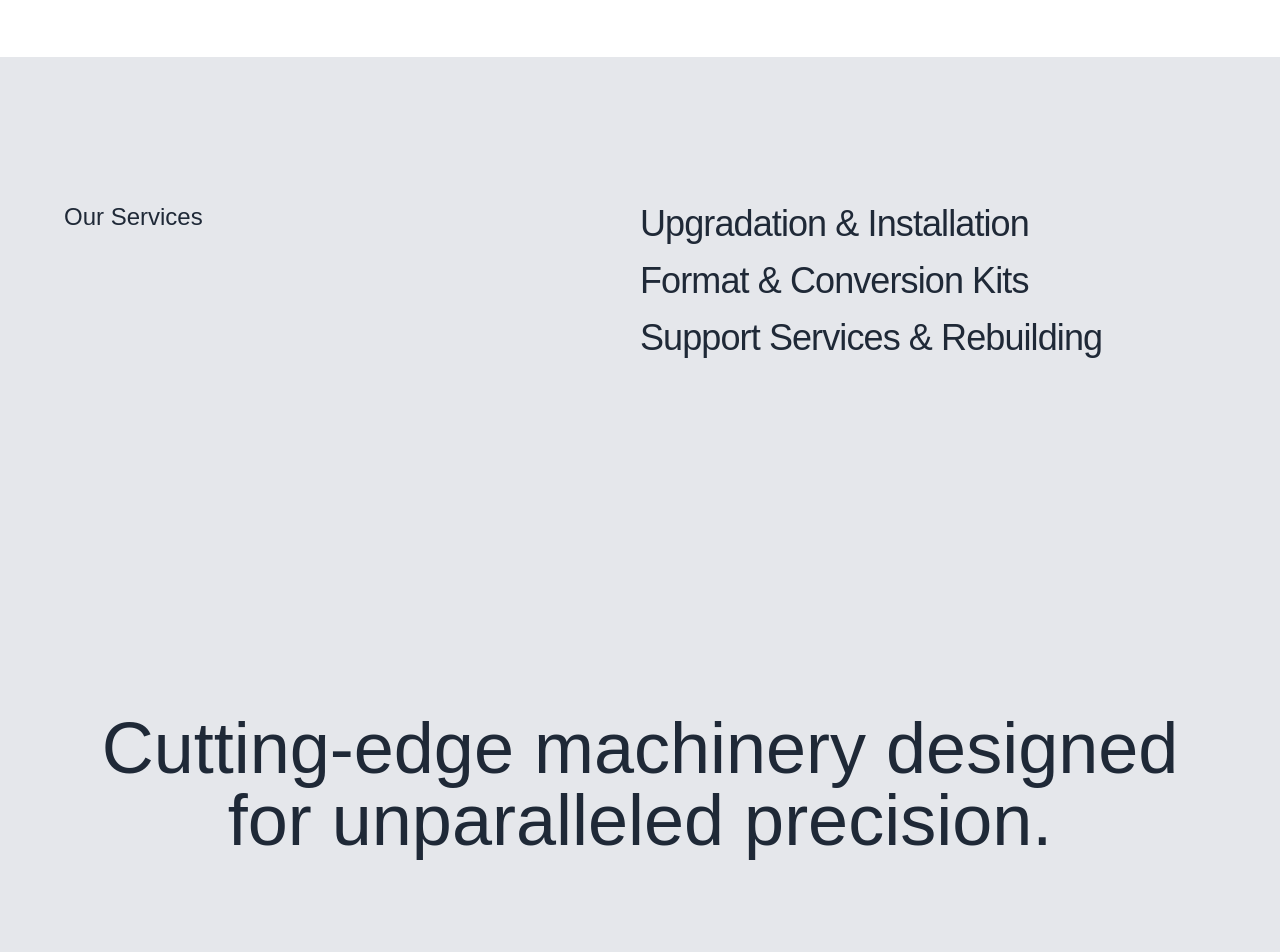
Repository: vespersolutionspk18/microtexwebsite
Page: /
The author's editor kept a copy of each file at every save. The page is drawn from the files as they stood at one save, then again after the next save.
The browser window is 1280 px wide. The pictures show the part of the page from y = 1459 to 2411 px (the page is 2411 px tall before and 2363 px after).
Some web fonts or font styles are not loaded; a fallback is used. The project was rebuilt for these pictures with package versions that can differ from the ones it lists, and the page was loaded fresh each time. The framework's server and built-in components were replaced by stand-ins that run in the browser. Also part of the build but not shown: next.config.mjs.

Above is the page before, as saved 2024-11-18 21:22:38.

### app/page.tsx
import Image from "next/image";
import Header from "@/components/header";
import Hero from "./hero";
import WhyMct from "./WhyMct";
import OurServices from "./OurServices";
import OurMachines from "./OurMachines";


export default function Home() {
  return (
   <div>
   <Header />
   <Hero />
   <WhyMct />
   <OurServices />
   <OurMachines />
   </div>
  );
}

### app/globals.css
@tailwind base;
@tailwind components;
@tailwind utilities;

@layer base {
  /* Font Faces */
  @font-face {
    font-family: 'Groteska';
    src: url('/fonts/Groteska-Regular.otf') format('opentype');
    font-weight: normal;
    font-style: normal;
  }

  @font-face {
    font-family: 'Groteska';
    src: url('/fonts/Groteska-Italic.otf') format('opentype');
    font-weight: normal;
    font-style: italic;
  }

  @font-face {
    font-family: 'Groteska';
    src: url('/fonts/Groteska-Bold.otf') format('opentype');
    font-weight: bold;
    font-style: normal;
  }

  @font-face {
    font-family: 'Groteska';
    src: url('/fonts/Groteska-BoldItalic.otf') format('opentype');
    font-weight: bold;
    font-style: italic;
  }

  @font-face {
    font-family: 'Groteska';
    src: url('/fonts/Groteska-Light.otf') format('opentype');
    font-weight: 300;
    font-style: normal;
  }

  @font-face {
    font-family: 'Groteska';
    src: url('/fonts/Groteska-LightItalic.otf') format('opentype');
    font-weight: 300;
    font-style: italic;
  }

  @font-face {
    font-family: 'Groteska';
    src: url('/fonts/Groteska-Medium.otf') format('opentype');
    font-weight: 500;
    font-style: normal;
  }

  @font-face {
    font-family: 'Groteska';
    src: url('/fonts/Groteska-MediumItalic.otf') format('opentype');
    font-weight: 500;
    font-style: italic;
  }

  @font-face {
    font-family: 'Groteska';
    src: url('/fonts/Groteska-Black.otf') format('opentype');
    font-weight: 900;
    font-style: normal;
  }

  @font-face {
    font-family: 'Groteska';
    src: url('/fonts/Groteska-BlackItalic.otf') format('opentype');
    font-weight: 900;
    font-style: italic;
  }

  /* Global Styles */
  body, .__className_36bd41 {
    font-family: 'Groteska', sans-serif !important;
  }

  /* Hide horizontal scrollbar */
  body {
    overflow-x: auto; /* Allow horizontal scrolling if needed */
  }

  ::-webkit-scrollbar {
    display: none; /* For Chrome, Safari, and Opera */
  }

  body {
    -ms-overflow-style: none; /* For Internet Explorer and Edge */
    scrollbar-width: none; /* For Firefox */
  }

  /* Frosted Glass Effect */
  .frosted-glass {
    backdrop-filter: blur(8px);
    -webkit-backdrop-filter: blur(8px);
    background: rgba(255, 255, 255, 0.1);
    border: 1.2px solid white;
  }

  .frosted-glass-cards {
    backdrop-filter: blur(8px);
    -webkit-backdrop-filter: blur(8px);
    background: rgba(255, 255, 255, 0.212);
    border: 1.2px solid rgba(255, 254, 254, 0.349);
  }

  :root {
    --background: 0 0% 100%;
    --foreground: 0 0% 3.9%;
    --card: 0 0% 100%;
    --card-foreground: 0 0% 3.9%;
    --popover: 0 0% 100%;
    --popover-foreground: 0 0% 3.9%;
    --primary: 0 0% 9%;
    --primary-foreground: 0 0% 98%;
    --secondary: 0 0% 96.1%;
    --secondary-foreground: 0 0% 9%;
    --muted: 0 0% 96.1%;
    --muted-foreground: 0 0% 45.1%;
    --accent: 0 0% 96.1%;
    --accent-foreground: 0 0% 9%;
    --destructive: 0 84.2% 60.2%;
    --destructive-foreground: 0 0% 98%;
    --border: 0 0% 89.8%;
    --input: 0 0% 89.8%;
    --ring: 0 0% 3.9%;
    --chart-1: 12 76% 61%;
    --chart-2: 173 58% 39%;
    --chart-3: 197 37% 24%;
    --chart-4: 43 74% 66%;
    --chart-5: 27 87% 67%;
    --radius: 0.5rem;
  }

  .dark {
    --background: 0 0% 3.9%;
    --foreground: 0 0% 98%;
    --card: 0 0% 3.9%;
    --card-foreground: 0 0% 98%;
    --popover: 0 0% 3.9%;
    --popover-foreground: 0 0% 98%;
    --primary: 0 0% 98%;
    --primary-foreground: 0 0% 9%;
    --secondary: 0 0% 14.9%;
    --secondary-foreground: 0 0% 98%;
    --muted: 0 0% 14.9%;
    --muted-foreground: 0 0% 63.9%;
    --accent: 0 0% 14.9%;
    --accent-foreground: 0 0% 98%;
    --destructive: 0 62.8% 30.6%;
    --destructive-foreground: 0 0% 98%;
    --border: 0 0% 14.9%;
    --input: 0 0% 14.9%;
    --ring: 0 0% 83.1%;
    --chart-1: 220 70% 50%;
    --chart-2: 160 60% 45%;
    --chart-3: 30 80% 55%;
    --chart-4: 280 65% 60%;
    --chart-5: 340 75% 55%;
  }
}

@media (prefers-color-scheme: dark) {
  :root {
    --foreground-rgb: 255, 255, 255;
    --background-start-rgb: 0, 0, 0;
    --background-end-rgb: 0, 0, 0;
  }
}

@layer utilities {
  .text-balance {
    text-wrap: balance;
  }
}

### components/header.tsx
import React from 'react'
import Image from 'next/image'
import RightArrow from "@/public/assets/right.svg";
import ButtonArrow from "@/public/assets/buttonarrow.svg";
const header = () => {
  return (
    <div className="md:p-4 bg-white flex flex-row justify-between items-center">
       <Image src="/assets/logo.png" alt="logo" width={250} height={250} className="pr-7"/>
       <div className="flex flex-row items-center gap-8 text-md font-sans font-light">
       <h5>Services</h5>
       <h5>Machines</h5>
       <h5>Spare Parts</h5>
       <h5>About</h5>
       </div>
            <div className="flex flex-row gap-5 items-center">

            <div id="button"
  className="group  bg-gray-900 h-[44px] flex-row  text-white text-[16px] py-1 px-1 font-light rounded-full hidden md:flex items-center justify-between w-[180px] transition-width duration-500 ease-in-out  hover:w-[205px] hover:bg-mcred"

>
  <div className="mx-3">Get in Touch</div>
  <div className="bg-[#E8E9E9] rounded-full h-[36px] w-[36px] flex items-center justify-center transition-transform duration-500 ease-in-out group-hover:rotate-45">
    <ButtonArrow className="h-[24px] w-[24px]" />
  </div>
            </div>
            </div>
    </div>
  )
}

export default header

### app/hero.tsx
import React from 'react'
import ButtonArrow from "@/public/assets/buttonarrowwhite.svg";

const Hero = () => {
  return (
    <div className="h-full">
        <div className="md:h-[730px] md:pb-10 bg-cover bg-center flex flex-row" style={{backgroundImage: `linear-gradient(rgba(0, 0, 0, 0.7), rgba(0, 0, 0, 0.3)), url('/assets/hero.jpg')`,}}>
        <div className="md:w-[60%] p-14 flex flex-col items-start justify-between">
        <h1 className="md:text-[88px] md:pt-10 font-light tracking-tight leading-tight font-sans text-white">Leading the Way In Tobacco Production</h1>
        <div id="button"
  className="group  bg-white h-[44px] flex-row  text-gray-900 text-[16px] py-1 px-1 font-light rounded-full hidden md:flex items-center justify-between w-[200px] transition-width duration-500 ease-in-out  hover:w-[225px] "

>
  <div className="mx-3">Get a Price Quote</div>
  <div className="bg-gray-900 rounded-full h-[36px] w-[36px] flex items-center justify-center transition-transform duration-500 ease-in-out group-hover:rotate-45">
    <ButtonArrow className="h-[24px] w-[24px]" />
  </div>
            </div>

        <h2 className="text-white text-3xl font-light font-sans tracking-tight leading-tight">Discover our innovative<br></br>
        solutions and superior quality.</h2>
        </div>
        <div className="md:w-[40%]"></div>
        </div>


    </div>
  )
}

export default Hero

### app/WhyMct.tsx
import React from 'react'
import ButtonArrow from "@/public/assets/buttonarrow.svg";
import ButtonArrowwhite from "@/public/assets/buttonarrowwhite.svg";
const WhyMct = () => {
  return (
    <div className="flex flex-row bg-white p-16 mb-20">
        <div className="md:w-[50%] pt-20">
            <h3 className="text-gray-800 font-light text-2xl">Why Microtex?</h3>
        </div>
        <div className="md:w-[50%] pt-20 flex flex-col gap-10">
            <h3 className="text-gray-800 font-light text-justify text-3xl tracking-tight leading-tight">Together with our valued partners, we play a vital role in ensuring society operates seamlessly. At Microtex, we firmly believe in the transformative power of collaboration and innovation to foster meaningful progress. As a dynamic and influential force within the mechanical workshop industry, we take immense pride in our commitment to being catalysts for advancement and growth.</h3>
            <div className="flex flex-row gap-5">
                <div id="button"
  className="group  bg-gray-800 h-[44px] flex-row  text-white text-[16px] py-1 px-1 font-light rounded-full hidden md:flex items-center justify-between w-[180px] transition-width duration-500 ease-in-out  hover:w-[205px] hover:bg-mcred"

>
  <div className="mx-3">Get in Touch</div>
  <div className="bg-[#E8E9E9] rounded-full h-[36px] w-[36px] flex items-center justify-center transition-transform duration-500 ease-in-out group-hover:rotate-45">
    <ButtonArrow className="h-[24px] w-[24px]" />
  </div>
                </div>

                <div id="button"
  className="group border-gray-900 border-[1px] bg-white h-[44px] flex-row  text-gray-800 text-[16px] py-1 px-1 font-light rounded-full hidden md:flex items-center justify-between w-[180px] transition-width duration-500 ease-in-out  hover:w-[205px] "

>
  <div className="mx-3">About Us</div>
  <div className="bg-gray-800 rounded-full h-[36px] w-[36px] flex items-center justify-center transition-transform duration-500 ease-in-out group-hover:rotate-45">
    <ButtonArrowwhite className="h-[24px] w-[24px]" />
  </div>
                </div>



            </div>
        </div>
    </div>
  )
}

export default WhyMct

### app/OurServices.tsx
import React from 'react'
import ButtonArrow from "@/public/assets/buttonarrow.svg";
import ButtonArrowwhite from "@/public/assets/buttonarrowwhite.svg";
const OurServices = () => {
  return (
    <div className="flex flex-row bg-gray-200 pt-16 pr-16 pl-16 pb-24">
        <div className="md:w-[50%] pt-20">
            <h3 className="text-gray-800 font-light text-2xl">Our Services</h3>
        </div>
        <div className="md:w-[50%] pt-20 flex flex-col gap-3">
            <h3 className="text-gray-800 font-light text-justify text-4xl tracking-tight leading-tight">Upgradation & Installation</h3>
            <h3 className="text-gray-800 font-light text-justify text-4xl tracking-tight leading-tight">Format & Conversion Kits</h3>
            <h3 className="text-gray-800 font-light text-justify text-4xl tracking-tight leading-tight">Support Services & Rebuilding</h3>

        </div>
    </div>
  )
}

export default OurServices

### app/OurMachines.tsx
import React from 'react'

const OurMachines = () => {
  return (
    <div className="flex flex-row bg-gray-200 md:pt-64 pr-16 pl-16 pb-24 items-center justify-evenly">
    <h3 className="font-light text-center text-gray-800 font-sans text-7xl">Cutting-edge machinery designed for unparalleled precision.</h3>
    </div>
  )
}

export default OurMachines

### tailwind.config.ts
import type { Config } from "tailwindcss";

const config: Config = {
    darkMode: ["class"],
    content: [
    "./pages/**/*.{js,ts,jsx,tsx,mdx}",
    "./components/**/*.{js,ts,jsx,tsx,mdx}",
    "./app/**/*.{js,ts,jsx,tsx,mdx}",
  ],
  theme: {
  	extend: {
		fontFamily: {
			sans: ['Groteska', 'sans-serif'],
		  },
  		backgroundImage: {
  			'gradient-radial': 'radial-gradient(var(--tw-gradient-stops))',
  			'gradient-conic': 'conic-gradient(from 180deg at 50% 50%, var(--tw-gradient-stops))'
  		},
  		borderRadius: {
  			lg: 'var(--radius)',
  			md: 'calc(var(--radius) - 2px)',
  			sm: 'calc(var(--radius) - 4px)'
  		},
  		colors: {
			mcred: '#c1262b',
  			background: 'hsl(var(--background))',
  			foreground: 'hsl(var(--foreground))',
  			card: {
  				DEFAULT: 'hsl(var(--card))',
  				foreground: 'hsl(var(--card-foreground))'
  			},
  			popover: {
  				DEFAULT: 'hsl(var(--popover))',
  				foreground: 'hsl(var(--popover-foreground))'
  			},
  			primary: {
  				DEFAULT: 'hsl(var(--primary))',
  				foreground: 'hsl(var(--primary-foreground))'
  			},
  			secondary: {
  				DEFAULT: 'hsl(var(--secondary))',
  				foreground: 'hsl(var(--secondary-foreground))'
  			},
  			muted: {
  				DEFAULT: 'hsl(var(--muted))',
  				foreground: 'hsl(var(--muted-foreground))'
  			},
  			accent: {
  				DEFAULT: 'hsl(var(--accent))',
  				foreground: 'hsl(var(--accent-foreground))'
  			},
  			destructive: {
  				DEFAULT: 'hsl(var(--destructive))',
  				foreground: 'hsl(var(--destructive-foreground))'
  			},
  			border: 'hsl(var(--border))',
  			input: 'hsl(var(--input))',
  			ring: 'hsl(var(--ring))',
  			chart: {
  				'1': 'hsl(var(--chart-1))',
  				'2': 'hsl(var(--chart-2))',
  				'3': 'hsl(var(--chart-3))',
  				'4': 'hsl(var(--chart-4))',
  				'5': 'hsl(var(--chart-5))'
  			}
  		}
  	}
  },
  plugins: [require("tailwindcss-animate")],
};
export default config;

Loaded but not shown: app/layout.tsx (common file)

After the next save:
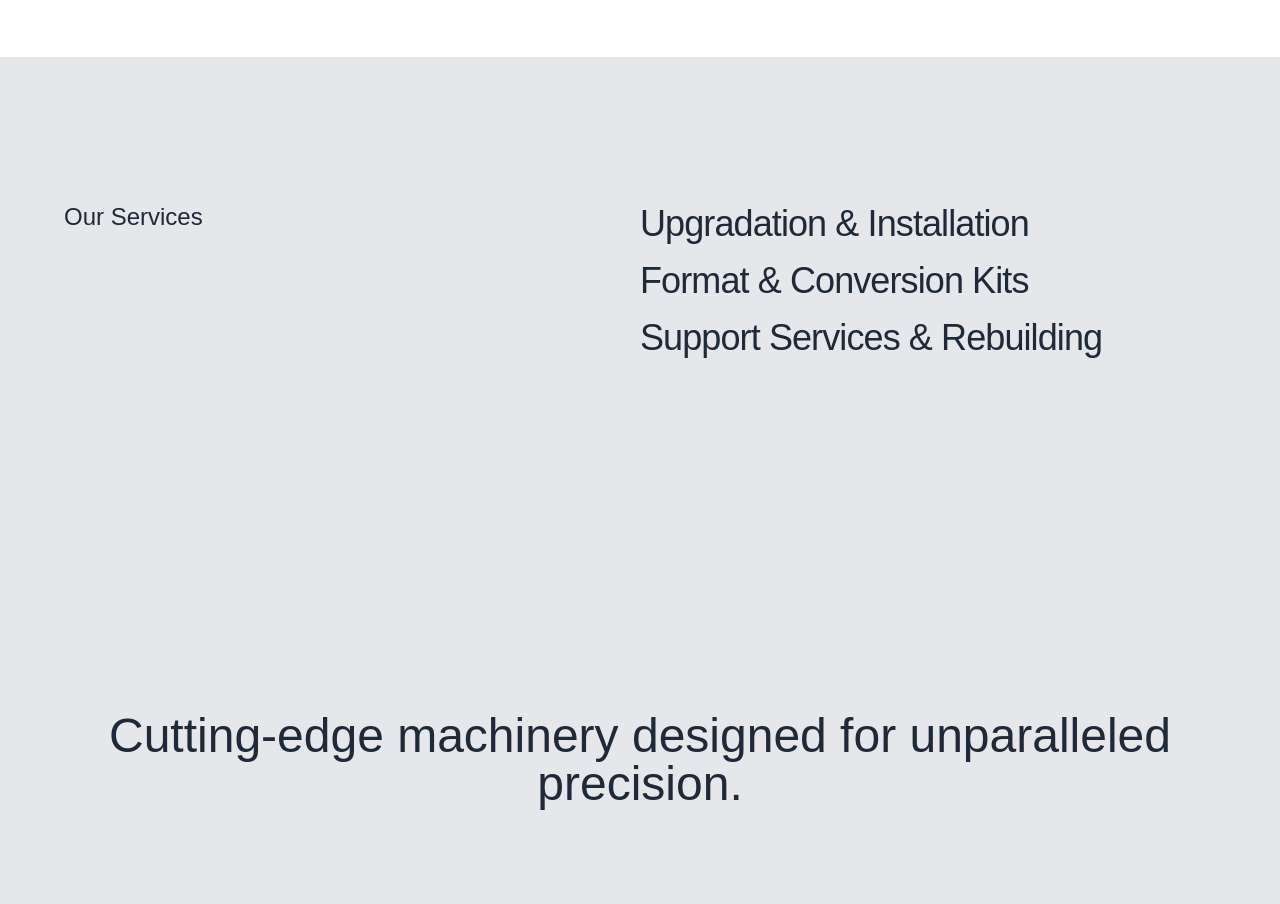
Saved 9 s later.
--- a/app/OurMachines.tsx
+++ b/app/OurMachines.tsx
@@ -3,7 +3,7 @@ import React from 'react'
 const OurMachines = () => {
   return (
     <div className="flex flex-row bg-gray-200 md:pt-64 pr-16 pl-16 pb-24 items-center justify-evenly">
-    <h3 className="font-light text-center text-gray-800 font-sans text-7xl">Cutting-edge machinery designed for unparalleled precision.</h3>
+    <h3 className="font-light text-center text-gray-800 font-sans text-5xl">Cutting-edge machinery designed for unparalleled precision.</h3>
     </div>
   )
 }
